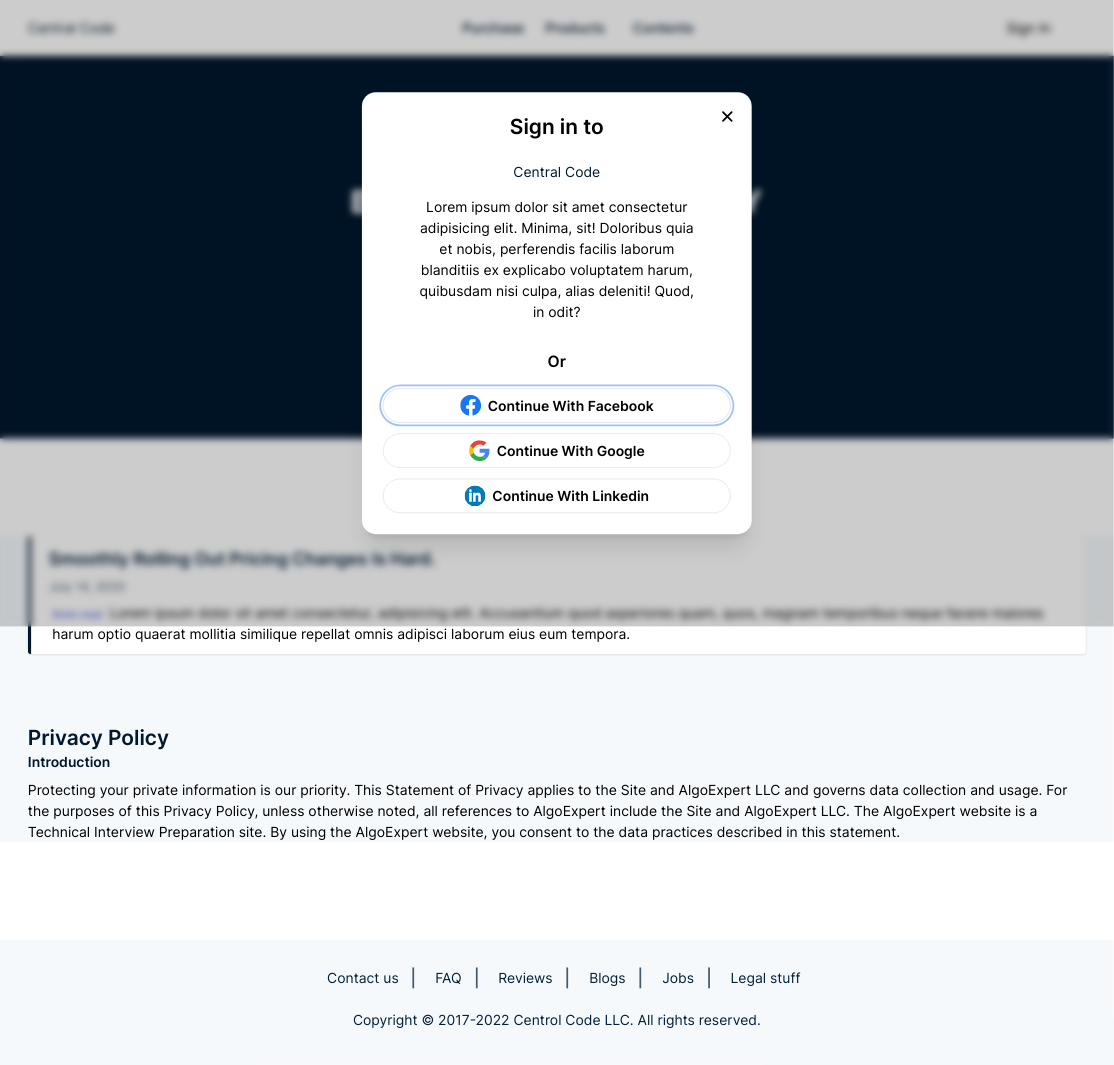
Repository: om1ars/Xjkey
Page: /privacy
The author's editor kept a copy of each file at every save. The page is drawn from the files as they stood at one save, then again after the next save.
The browser window is 1280 px wide. The pictures show the whole page, at 87% of full size.
The project was rebuilt for these pictures with package versions that can differ from the ones it lists, and the page was loaded fresh each time. The framework's server and built-in components were replaced by stand-ins that run in the browser. Also part of the build but not shown: next.config.js.

Above is the page before, as saved 2022-03-20 23:23:47.

### src/pages/_app.tsx
import "@/css/fonts.css";
// Import Swiper styles
import "swiper/css";
import "swiper/css/free-mode";
import "swiper/css/scrollbar";
import "swiper/css/navigation";
//
import "@/css/main.scss";
import type { AppProps } from "next/app";
import { ThemeProvider } from "next-themes";
import { Header } from "@/components/Header";
import DefaultLayout from "@/layouts/DefaultLayout";
import Head from "next/head";

function MyApp({ Component, pageProps }: AppProps) {
  return (
    <>
      <Head>
        <link
          rel="stylesheet"
          href="https://cdn.jsdelivr.net/gh/devicons/devicon@latest/devicon.min.css"
        />
      </Head>
      <ThemeProvider attribute="class" defaultTheme="system">
        <DefaultLayout>
          <Component {...pageProps} />
        </DefaultLayout>
      </ThemeProvider>
    </>
  );
}

export default MyApp;

### src/pages/_document.tsx
import NextDocument, {
  Html,
  Head,
  Main,
  NextScript,
  DocumentContext,
} from 'next/document';

export default class Document extends NextDocument {
  static async getInitialProps(ctx: DocumentContext) {
    const initialProps = await NextDocument.getInitialProps(ctx);
    return { ...initialProps };
  }

  render() {
    return (
      <Html lang='en' className='dark'>
        <Head>
          <link href='/favicons/site.webmanifest' rel='manifest' />
          <link href='/favicons/favicon.ico' rel='shortcut icon' />
          <link
            href='/favicons/apple-touch-icon.png'
            rel='apple-touch-icon'
            sizes='180x180'
          />
          <link
            href='/favicons/favicon-32x32.png'
            rel='icon'
            sizes='32x32'
            type='image/png'
          />
          <link
            href='/favicons/favicon-16x16.png'
            rel='icon'
            sizes='16x16'
            type='image/png'
          />
          <link
            rel='mask-icon'
            href='/favicons/safari-pinned-tab.svg'
            color='#6366f1'
          />
          <meta content='#ffffff' name='theme-color' />
          <meta content='#ffffff' name='msapplication-TileColor' />
          <meta
            content='/favicons/browserconfig.xml'
            name='msapplication-config'
          />
        </Head>
        <body className='dark:highlight-white/5 bg-neutral-100 text-slate-900 antialiased dark:bg-gray-800 dark:text-white'>
          <Main />
          <NextScript />
        </body>
      </Html>
    );
  }
}

### src/pages/privacy.tsx
import Hero from "@/components/HomeComponents/Hero";
import React from "react";

export default function Privacy() {
  return (
    <div>
      <Hero title="Boring Privacy Policy" subtitle="Because we gotta have it" />

      <main
        className="mx-auto max-w-screen-xl bg-whiteBg px-6 sm:px-8 "
        id="video-explanation"
      >
        <div className="mt-28 mb-28 space-y-20">
          <div className="rounded border-l-4 border-mainBg bg-white py-3 px-5 shadow transition-all hover:-translate-y-1 hover:shadow-lg">
            <div className="flex flex-row items-center justify-between">
              <div>
                <h6 className="text-xl font-semibold  text-textBold">
                  Smoothly Rolling Out Pricing Changes Is Hard.
                </h6>
                <h4 className="mt-2 mb-2  text-left text-sm text-textColor">
                  July 14, 2020
                </h4>
              </div>
              <div></div>
            </div>
            <div className="flex flex-row items-center justify-start text-left">
              <span className="mr-1"></span>
              <p>
                <span className="mr-2 text-xs  font-semibold  text-buttonBg">
                  6min read
                </span>
                <span>
                  Lorem ipsum dolor sit amet consectetur, adipisicing elit.
                  Accusantium quod asperiores quam, quos, magnam temporibus
                  neque facere maiores harum optio quaerat mollitia similique
                  repellat omnis adipisci laborum eius eum tempora.{" "}
                </span>
              </p>
            </div>
          </div>
          <h1 className="text-2xl  font-semibold text-mainBg mb-10">
            Privacy Policy
          </h1>
          <span className="">
            <span className="text-mainBg font-semibold ">Introduction</span>
            <p className="mt-2">
              Protecting your private information is our priority. This
              Statement of Privacy applies to the Site and AlgoExpert LLC and
              governs data collection and usage. For the purposes of this
              Privacy Policy, unless otherwise noted, all references to
              AlgoExpert include the Site and AlgoExpert LLC. The AlgoExpert
              website is a Technical Interview Preparation site. By using the
              AlgoExpert website, you consent to the data practices described in
              this statement.
            </p>
          </span>
        </div>
      </main>
    </div>
  );
}

### src/css/fonts.css
@font-face {
  font-family: "Inter var";
  font-weight: 100 900;
  font-display: swap;
  font-style: normal;
  font-named-instance: "Regular";
  src: url("../fonts/Inter-roman-latin.var.woff2") format("woff2");
}

@font-face {
  font-family: "Inter var";
  font-weight: 100 900;
  font-display: swap;
  font-style: italic;
  font-named-instance: "Italic";
  src: url("../fonts/Inter-italic-latin.var.woff2") format("woff2");
}

### src/css/main.scss
@tailwind base;
@tailwind components;
@tailwind utilities;
@import "./flip-card.scss";
@import "node_modules/react-modal-video/scss/modal-video.scss";

@layer base {
  .dark {
    color-scheme: dark;
  }
}

/* styling Swiper default navigations elements */
.swiper-button-next {
  background-color: theme("colors.white");
  height: 40px;
  width: 40px;
  border-radius: 100px;
  box-shadow: theme("boxShadow.lg");
  transition: all;
  transition-duration: 150ms;
}

html.dark .swiper-button-next {
  background-color: theme("colors.mainBg");
}

.swiper-button-next:hover {
  background-color: theme("colors.mainBg");
}

html.dark .swiper-button-next:hover {
  background-color: theme("colors.mainBg");
}

.swiper-button-next::after {
  color: black;
  font-size: 1rem;
  font-weight: bold;
}
html.dark .swiper-button-next::after {
  color: theme("colors.white");
}

.swiper-button-prev {
  background-color: theme("colors.white");
  height: 40px;
  width: 40px;
  border-radius: 100px;
  box-shadow: theme("boxShadow.lg");
  transition: all;
  transition-duration: 150ms;
}

html.dark .swiper-button-prev {
  background-color: theme("colors.mainBg");
}

.swiper-button-prev:hover {
  background-color: theme("colors.mainBg");
}

html.dark .swiper-button-prev:hover {
  background-color: theme("colors.mainBg");
}

.swiper-button-prev::after {
  color: black;
  font-size: 1rem;
  font-weight: bold;
}
html.dark .swiper-button-prev::after {
  color: theme("colors.white");
}

html.dark .swiper-scrollbar {
  background: rgb(255, 255, 255, 0.2);
}
html.dark .swiper-scrollbar-drag {
  background: rgb(255, 255, 255, 0.6);
}
/* end of styling Swiper default navigations elements */

.front_main_drop:hover .front_sub_drop {
  display: block;
}
.back_main_drop:hover .back_sub_drop {
  display: block;
}

::-webkit-scrollbar {
  width: 4px;
}

/* Handle */
::-webkit-scrollbar-thumb {
  background: #626ee3;
  border-radius: 6px;
}

/* Handle on hover */
::-webkit-scrollbar-thumb:hover {
  background: #535DC5;
}

### src/layouts/DefaultLayout.tsx
import Footer from "@/components/Footer";
import { Header } from "@/components/Header";
import React, { FC } from "react";

export default function DefaultLayout({ children }: any) {
  return (
    <div>
      <Header />
      <main>{children}</main>
      <Footer />
    </div>
  );
}

### src/components/HomeComponents/Hero.tsx
import React, { useEffect, useState } from "react";
import Image from "next/image";
import { Transition } from "@headlessui/react";
import { Button, IconButton } from "../Button";

const Hero = ({ title, subtitle }: any) => {
  const [showBanner, setShowBanner] = useState(true);
  return (
    <>
      <div className="relative h-[640px] w-full bg-mainBg text-white sm:h-[55vh] md:h-[440px]">
        {/* <Image
          src="/img/corporate.jpg"
          alt="corporate"
          layout="fill"
          objectFit="cover"
        /> */}
        <div className="absolute inset-0 bg-neutral-900/70">
          <div className="mx-auto max-w-screen-lg">
            <div className="m-6 min-h-[60px]">

            </div>
            <div className="mx-4  mt-16 flex flex-col items-center text-center">
              <h1 className="text-xl font-extrabold uppercase tracking-wide text-white sm:text-4xl md:text-3xl lg:text-4xl">
                {title}
              </h1>
              <span className="mt-6 text-xl text-white sm:text-2xl">
                {subtitle}
              </span>

              <div className="mt-8">
                {/* <SearchForm /> */}
              </div>
            </div>
          </div>
        </div>
      </div>
      {/* <HeroBottomCard /> */}
    </>
  );
};

export default Hero;

const HeroInnerBanner: React.FC<{ show: boolean; onClose: () => void }> = ({
  show,
  onClose,
}) => {
  return (
    <Transition
      show={show}
      enter="transition-opacity duration-75"
      enterFrom="opacity-0"
      enterTo="opacity-100"
      leave="transition-opacity duration-150"
      leaveFrom="opacity-100"
      leaveTo="opacity-0"
    >
      <div className="relative rounded bg-gradient-to-r from-purple-500 to-indigo-800 py-3 px-8 text-center text-white shadow-lg md:rounded-full">
        <p>
          Welcome to <span className="font-bold">HIREDLi</span>. An easier and
          faster job discovery platform.
        </p>
        <span className="absolute top-1 right-1 sm:top-2 sm:right-2">
          <IconButton
            aria-label="close banner"
            variant="ghost"
            size="sm"
            onClick={onClose}
          >
            <svg
              className="h-6 w-6"
              fill="none"
              viewBox="0 0 24 24"
              stroke="currentColor"
            >
              <path
                strokeLinecap="round"
                strokeLinejoin="round"
                strokeWidth={2}
                d="M6 18L18 6M6 6l12 12"
              />
            </svg>
          </IconButton>
        </span>
      </div>
    </Transition>
  );
};

const items = [
  "Algorithms adn DSA",
  "Advanced React.js",
  "Interview questions",
];

const SearchForm = () => {
  const [query, setQuery] = useState("");
  const [isDirty, setIsDirty] = useState(false);

  useEffect(() => {
    let index = 0;
    let interval = setInterval(() => {
      if (!isDirty) {
        let value = items[index >= items.length ? (index = 0) : index];
        setQuery(value);
      }
      index++;
    }, 2000);

    return () => {
      clearInterval(interval);
    };
  }, [isDirty]);

  return (
    <form
      className="group"
      onSubmit={(e) => {
        e.preventDefault();
      }}
    >
      <div
        id="form-control"
        className="flex items-center overflow-hidden rounded-full bg-white shadow-md group-focus-within:ring-2 group-focus-within:ring-indigo-400 group-focus-within:ring-offset-2 group-focus-within:ring-offset-transparent"
      >
        <span className="pointer-events-none block px-2 text-textBold group-focus-within:text-textBold">
          <svg
            className="h-6 w-6"
            fill="none"
            viewBox="0 0 24 24"
            stroke="currentColor"
          >
            <path
              strokeLinecap="round"
              strokeLinejoin="round"
              strokeWidth={2}
              d="M21 21l-6-6m2-5a7 7 0 11-14 0 7 7 0 0114 0z"
            />
          </svg>
        </span>
        <input
          className="w-full outline-none border-none appearance-none border-transparent p-2 text-xl leading-6 text-textBold placeholder-textBold focus:border-transparent focus:ring-0"
          type="text"
          aria-label="Search input"
          placeholder="Search for anything"
          onClick={() => {
            if (!isDirty) {
              setIsDirty(true);
              setQuery("");
            }
          }}
          value={query}
          onChange={(e) => setQuery(e.target.value)}
        />
        <button
          type="submit"
          className="hidden h-11 shrink-0  bg-buttonBg px-2 font-semibold text-white transition-colors duration-500 ease-in-out hover:bg-buttonHover sm:block"
        >
          Discover Now
        </button>
      </div>
      <Button size="lg" type="submit" className="mt-8 sm:hidden">
        Discover Now
      </Button>
    </form>
  );
};

### src/css/flip-card.scss
.algo_flip_card_container {
  width: 100%;
  padding: 40px;
  height: 100%;
  background: #02203c;
  //   display: flex;
  justify-content: center;
  align-items: center;
}
.services-box {
  display: flex;
  justify-content: center;
  align-items: center;
  flex-wrap: wrap;
}

.service {
  margin: 8px;
}

.flip-box {
  background-color: transparent;
  width: 300px;
  height: 200px;
  //   border: 1px solid #15314b;
  border-radius: 10px;
  perspective: 1000px;
}

.flip-box-inner {
  position: relative;
  width: 100%;
  height: 100%;
  text-align: center;
  transition: transform 0.4s;
  transform-style: preserve-3d;

  display: flex;
  justify-content: center;
  align-items: center;
}

.flip-box:hover .flip-box-inner {
  transform: rotateY(180deg);
}

.flip-box-front,
.flip-box-back {
  position: absolute;
  width: 100%;
  height: 100%;
  -webkit-backface-visibility: hidden;
  backface-visibility: hidden;

  display: flex;
  justify-content: center;
  align-items: center;
  flex-direction: column;
}

.flip-box-front {
  background-color: #15314b;
  color: white;
  border-radius: 4px;
}

.flip-box-front img {
  height: 50px;
  width: 50px;
}

.flip-box-back {
  background-color: #15314b;
  color: white;
  transform: rotateY(180deg);
  border-radius: 4px;
  padding: 16px;
}

### src/components/Footer.tsx
import Link from "next/link";
import React from "react";

export default function Footer() {
  return (
    <div>
      <div className="mt-10 flex flex-col items-center justify-center bg-whiteBg pl-48 pr-48 pt-8 pb-10 text-textBold">
        <div className="sm:flex sm:flex-wrap md:flex md:flex-wrap lg:flex ">
          <div className="ml-4 flex ">
            <span className="mr-2 ml-2">
              <Link href="/help">Contact us</Link>
            </span>
            <div className=" ml-2 w-0.5 bg-textColor"></div>
          </div>
          <div className="ml-4 flex ">
            <span className="mr-2 ml-2">
              <Link href="/help">FAQ</Link>
            </span>
            <div className=" ml-2 w-0.5 bg-textColor"></div>
          </div>
          <div className="ml-4 flex ">
            <span className="mr-2 ml-2">Reviews</span>
            <div className=" ml-2 w-0.5 bg-textColor"></div>
          </div>
          <div className="ml-4 flex ">
            <span className="mr-2 ml-2">
              <Link href="/blog">Blogs</Link>
            </span>
            <div className=" ml-2 w-0.5 bg-textColor"></div>
          </div>
          <div className="ml-4 flex ">
            <span className="mr-2 ml-2">Jobs</span>
            <div className=" ml-2 w-0.5 bg-textColor"></div>
          </div>
          <div className="ml-4 flex ">
            <span className="mr-2 ml-2 ">
              <Link href="/privacy">Legal stuff</Link>
            </span>
          </div>
        </div>
        <div className="mt-6">
          <span>
            Copyright © 2017-2022 Centrol Code LLC. All rights reserved.
          </span>
        </div>
      </div>
    </div>
  );
}

### src/components/Button/index.tsx
import React, { forwardRef } from "react";
import { __DEV__ } from "@/utils/assertions";

type BaseButtonProps = Omit<React.HTMLProps<HTMLButtonElement>, "size">;

/* === Button Element === */

export interface ButtonProps extends BaseButtonProps {
  children: React.ReactNode;
  fullWidth?: boolean;
  className?: string;
  variant?: "solid" | "outline" | "ghost";
  size?: "sm" | "md" | "lg";
  as?: string;
  isExternal?: boolean;
  type?: "button" | "submit" | "reset";
}

export const Button = forwardRef<HTMLButtonElement, ButtonProps>(
  (
    {
      children,
      variant = "solid",
      size = "md",
      fullWidth = false,
      className,
      as = "button",
      isExternal = false,
      ...rest
    },
    ref
  ) => {
    let tempClassNames: string[] = [];

    const sharedClasses = [
      "capitalize",
      "focus:outline-none",
      "focus:ring-2",
      "focus:ring-sky-400",
      "focus:ring-offset-2",
      "focus:ring-offset-sky-50",
      "font-semibold",
      "rounded-full",
      "inline-flex",
      "flex-shrink-0",
      "items-center",
      "justify-center",
      "transition-colors",
      "ease-in-out",
      "duration-500",
    ];

    if (fullWidth) sharedClasses.push("w-full");

    // handle variants
    let btnSolid = ["bg-sky-600", "hover:bg-sky-700", "text-white"];
    let btnOutline = [
      "dark:text-white",
      "hover:text-sky-700",
      "hover:dark:text-sky-700",
      "bg-transparent",
      "hover:bg-sky-50",
      "border",
      "border-sky-600",
    ];
    let btnGhost = [
      "bg-transparent",
      "dark:text-white",
      "hover:bg-sky-50",
      "hover:text-sky-700",
      "hover:dark:text-sky-700",
    ];

    if (variant === "solid") {
      tempClassNames = [...sharedClasses, ...btnSolid];
    } else if (variant === "outline") {
      tempClassNames = [...sharedClasses, ...btnOutline];
    } else if (variant === "ghost") {
      tempClassNames = [...sharedClasses, ...btnGhost];
    }

    // handle sizes
    let sizeSm = ["h-8", "px-2", "text-sm"];
    let sizeMd = ["h-10", "px-3"];
    let sizeLg = ["h-12", "px-4", "text-lg"];

    if (size === "sm") {
      tempClassNames = [...tempClassNames, ...sizeSm];
    } else if (size === "md") {
      tempClassNames = [...tempClassNames, ...sizeMd];
    } else if (size === "lg") {
      tempClassNames = [...tempClassNames, ...sizeLg];
    }

    let classes = tempClassNames.join(" ");

    let Element = as ? (
      React.createElement(
        as,
        {
          className: `${classes} ${className}`,
          target: isExternal ? "_blank" : undefined,
          rel: isExternal ? "noopener noreferrer" : undefined,
          ref,
          ...rest,
        },
        children
      )
    ) : (
      <button {...rest} className={`${classes} ${className}`} ref={ref}>
        {children}
      </button>
    );

    return Element;
  }
);

if (__DEV__) {
  Button.displayName = "Button";
}

/* === IconButton Element === */

export interface IconButtonProps extends ButtonProps {
  icon?: React.ReactElement;
  "aria-label": string;
}

export const IconButton = forwardRef<HTMLButtonElement, IconButtonProps>(
  (
    {
      children,
      icon,
      className,
      "aria-label": ariaLabel,
      size = "md",
      ...rest
    },
    ref
  ) => {
    let sharedClasses = ["rounded-full", "!px-0"];

    // handle sizes
    let sizeSm = ["w-8"];
    let sizeMd = ["w-10"];
    let sizeLg = ["w-12"];

    if (size === "sm") {
      sharedClasses = [...sharedClasses, ...sizeSm];
    } else if (size === "md") {
      sharedClasses = [...sharedClasses, ...sizeMd];
    } else if (size === "lg") {
      sharedClasses = [...sharedClasses, ...sizeLg];
    }

    /**
     * Passing the icon as prop or children should work
     */
    const element = icon || children;
    const _children = React.isValidElement(element)
      ? React.cloneElement(element as any, {
          "aria-hidden": true,
          focusable: false,
        })
      : null;

    let classes = sharedClasses.join(" ");
    return (
      <Button
      className={`${classes} ${className}`}
        aria-label={ariaLabel}
        size={size}
        {...rest}
        ref={ref}
      >
        {_children}
      </Button>
    );
  }
);

if (__DEV__) {
  IconButton.displayName = "IconButton";
}

### src/components/Logo.tsx
import clsx from "clsx";
import React from "react";

export default function Logo() {
  return (
    <span
      className='text-mainBg'
    >
      Central Code
    </span>
  );
}

### src/utils/assertions.ts
export const __DEV__ = process.env.NODE_ENV !== "production";

Loaded but not shown: tailwind.config.js (40 lines, source omitted); src/components/Header.tsx (386 lines, source omitted); src/components/HomeComponents/AuthenticationDialog.tsx (206 lines, source omitted); src/components/ThemeToggle.tsx (220 lines, source omitted)

After the next save:
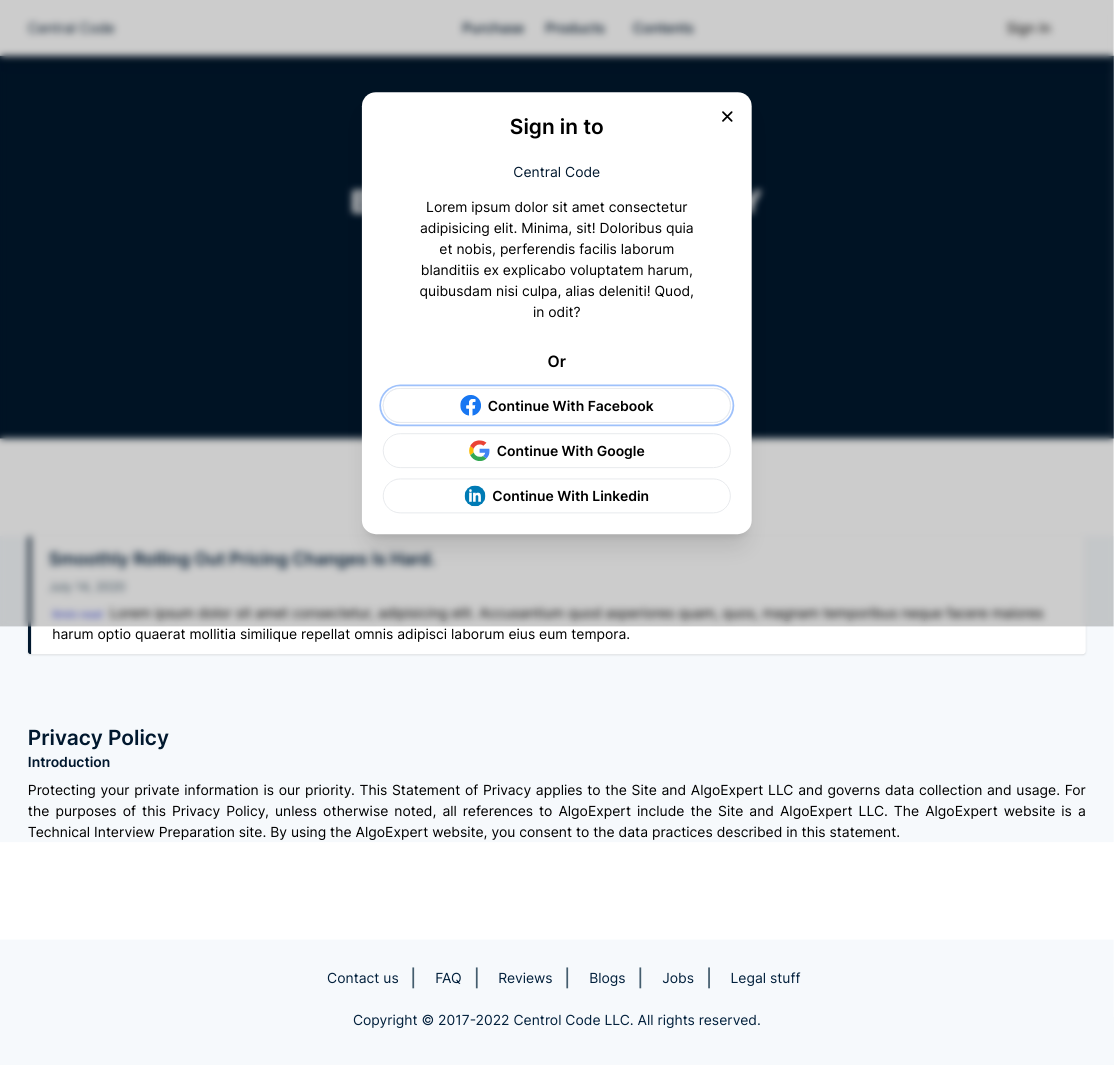
Saved 23 s later.
--- a/src/pages/privacy.tsx
+++ b/src/pages/privacy.tsx
@@ -43,7 +43,7 @@ export default function Privacy() {
           </h1>
           <span className="">
             <span className="text-mainBg font-semibold ">Introduction</span>
-            <p className="mt-2">
+            <p className="mt-2 text-justify">
               Protecting your private information is our priority. This
               Statement of Privacy applies to the Site and AlgoExpert LLC and
               governs data collection and usage. For the purposes of this
